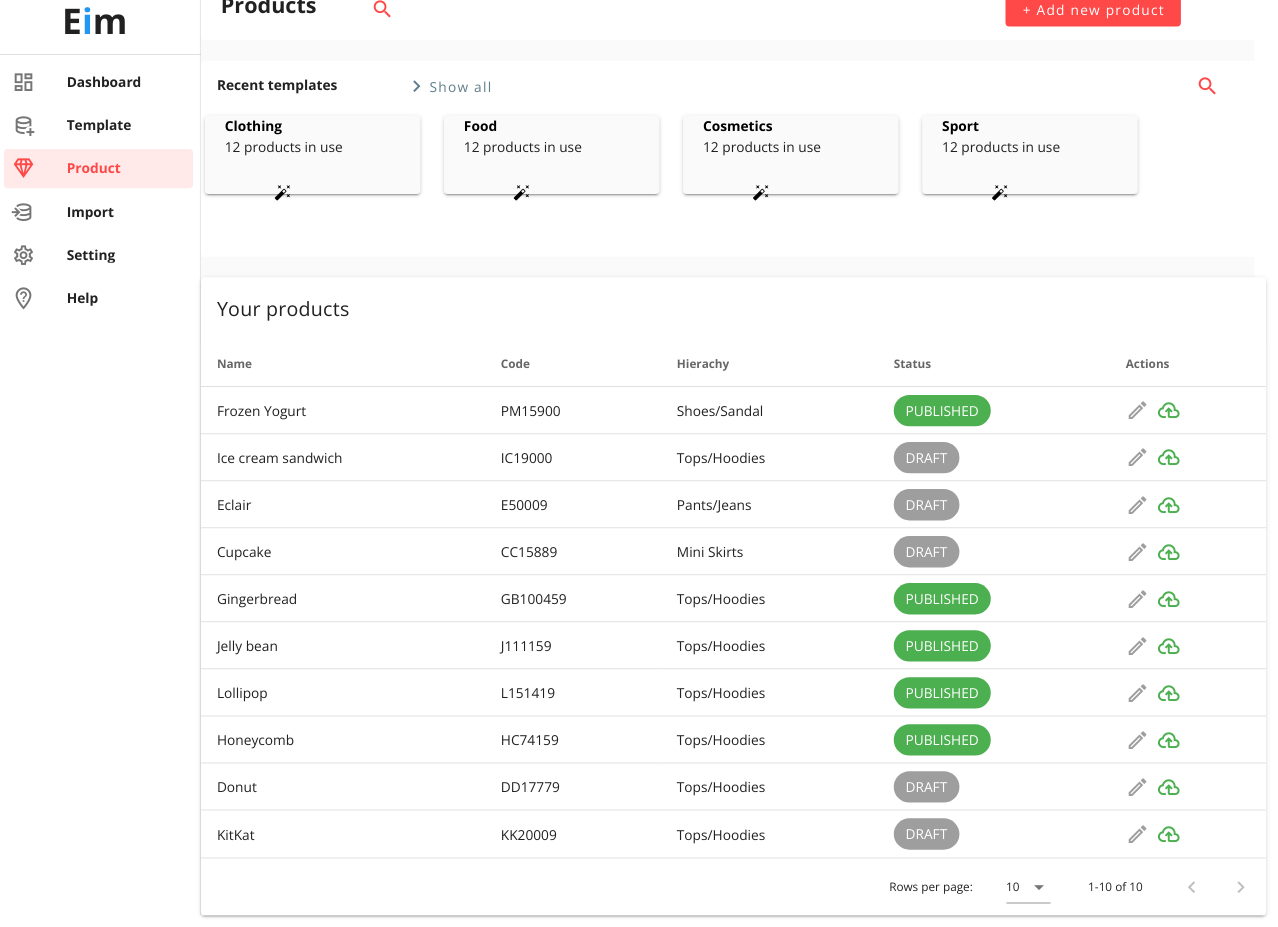
Repository: nguyenphuong152/pim-template
Page: /product
These files come from the project's save history. The page is drawn as it stood at one moment and after a run of saves; the edit follows.
The browser window is 1280 px wide. The page is 1304 px wide, so the pictures cover 1304 px, including what lies to the right of the window. The pictures show the whole page, at 98% of full size.
The project was rebuilt for these pictures with package versions that can differ from the ones it lists, and the page was loaded fresh each time. Also part of the build but not shown: vue.config.js, src/views/Home.vue, src/components/Outcome_1/SearchTemplate.vue, src/components/Outcome_1/YourTemplate.vue, src/components/Outcome_1/ListComponent.vue, src/components/Outcome_1/AddInfo.vue, src/components/Outcome_1/AddDetail.vue, src/components/Outcome_1/ListComponentProgressive.vue and 18 more.

Above is the page before, as saved 2021-01-19 09:32:26.

### public/index.html
<!DOCTYPE html>
<html lang="en">
  <head>
    <meta charset="utf-8" />
    <meta http-equiv="X-UA-Compatible" content="IE=edge" />
    <meta name="viewport" content="width=device-width,initial-scale=1.0" />
    <link rel="icon" href="<%= BASE_URL %>favicon.ico" />
    <link rel="preconnect" href="https://fonts.gstatic.com" />
    <link rel="preconnect" href="https://fonts.gstatic.com" />
    <link rel="preconnect" href="https://fonts.gstatic.com" />
    <link
      href="https://fonts.googleapis.com/css2?family=Open+Sans:wght@300;400;600;700;800&display=swap"
      rel="stylesheet"
    />
    <link
      href="https://fonts.googleapis.com/css?family=Montserrat:300,400,500,600,700"
      rel="stylesheet"
    />
    <title><%= htmlWebpackPlugin.options.title %></title>
    <link
      rel="stylesheet"
      href="https://fonts.googleapis.com/css?family=Roboto:100,300,400,500,700,900"
    />
    <link
      rel="stylesheet"
      href="https://cdn.jsdelivr.net/npm/@mdi/font@latest/css/materialdesignicons.min.css"
    />
  </head>
  <body>
    <noscript>
      <strong
        >We're sorry but <%= htmlWebpackPlugin.options.title %> doesn't work
        properly without JavaScript enabled. Please enable it to
        continue.</strong
      >
    </noscript>
    <div id="app"></div>
    <!-- built files will be auto injected -->
  </body>
</html>

### src/main.js
import Vue from "vue";
import App from "./App.vue";
import router from "./router";
import "../sass/style.scss";
import vuetify from "./plugins/vuetify";
import store from "./store";
import { VueMaskDirective } from "v-mask";
Vue.directive("mask", VueMaskDirective);

Vue.config.productionTip = false;

new Vue({
  store,
  router,
  vuetify,
  render: (h) => h(App),
}).$mount("#app");

### src/App.vue
<template>
  <v-app v-bind:style="{ background: activeColor }">
    <v-card height="80" flat class="hidden-md-and-up align-baseline">
      <v-row style="height:0px">
        <v-col class="px-0" cols="3">
          <span class="logo text-start">
            E<span class="blue--text">i</span>m</span
          >
        </v-col>
        <v-col>
          <div class="text-end">
            <v-menu offset-y>
              <template v-slot:activator="{ on }">
                <v-app-bar-nav-icon v-on="on"></v-app-bar-nav-icon>
              </template>
              <v-list>
                <v-list-item
                  v-for="(item, index) in items"
                  :key="index"
                  :to="item.path"
                  color="blue"
                >
                  <v-list-item-title class="text-start">{{
                    item.title
                  }}</v-list-item-title>
                </v-list-item>
              </v-list>
            </v-menu>
          </div>
        </v-col>
      </v-row>
    </v-card>

    <v-row>
      <v-col cols="2" class="pa-0 hidden-xs-only">
        <v-navigation-drawer permanent width="220" class="hidden-xs-only">
          <v-list-item>
            <v-list-item-content>
              <v-list-item-title class="logo">
                E<span class="blue--text">i</span>m
              </v-list-item-title>
            </v-list-item-content>
          </v-list-item>

          <v-divider></v-divider>

          <v-list dense nav class="text-start pl-4">
            <v-list-item
              v-for="item in items"
              :key="item.title"
              :to="item.path"
              color="#FF4848"
            >
              <v-list-item-icon>
                <v-icon>{{ item.icon }}</v-icon>
              </v-list-item-icon>
              <v-list-item-content>
                <v-list-item-title class="template-title font-weight-bold ">{{
                  item.title
                }}</v-list-item-title>
              </v-list-item-content>
            </v-list-item>
          </v-list>
        </v-navigation-drawer>
      </v-col>
      <v-col class="pa-0">
        <router-view />
      </v-col>
    </v-row>
  </v-app>
</template>

<script>
export default {
  name: "App",
  components: {},
  watch: {
    $route(to) {
      document.title = `${to.meta.title}`;
    },
  },
  data() {
    return {
      clicked: false,
      activeColor: "#FAFAFA",
      items: [
        { title: "Dashboard", icon: "mdi-view-dashboard-outline", path: "" },
        {
          title: "Template",
          icon: "mdi-database-plus-outline",
          path: "/template",
        },
        { title: "Product", icon: "mdi-diamond-stone", path: "/product" },
        {
          title: "Import",
          icon: "mdi-database-import-outline",
          path: "/import",
        },

        { title: "Setting", icon: "mdi-cog-outline", path: "" },
        { title: "Help", icon: "mdi-map-marker-question-outline", path: "" },
      ],
      right: null,
    };
  },
};
</script>

### src/router/index.js
import Vue from "vue";
import VueRouter from "vue-router";
import Home from "../views/Home.vue";
import Template from "../views/Outcome_1/CreateProductTemplate.vue";
import Product from "../views/Outcome_2/Outcome_2_screen.vue";
import AddProduct from "../views/Outcome_2/AddProduct.vue";
import Import from "../views/Outcome_3/outcome3_screen.vue";

Vue.use(VueRouter);

const routes = [
  {
    path: "/",
    name: "Home",
    component: Home,
  },
  {
    path: "/template",
    name: "Template",
    component: Template,
    meta: {
      title: "Add Template",
    },
  },
  {
    path: "/product",
    name: "Product",
    component: Product,
    meta: {
      title: "Product",
    },
  },
  {
    path: "/addproduct/:name",
    name: "AddProduct",
    component: AddProduct,
    meta: {
      title: "Add Product",
    },
  },
  {
    path: "/import",
    name: "Import",
    component: Import,
    meta: {
      title: "Import",
    },
  },
  {
    path: "/about",
    name: "About",
    // route level code-splitting
    // this generates a separate chunk (about.[hash].js) for this route
    // which is lazy-loaded when the route is visited.
    component: () =>
      import(/* webpackChunkName: "about" */ "../views/About.vue"),
  },
];

const router = new VueRouter({
  mode: "history",
  base: process.env.BASE_URL,
  routes,
});

export default router;

### sass/style.scss
$font-primary: 'Open Sans',
sans-serif;

@import "~vuetify/src/styles/styles.sass";

$fontsize-content: 14px;
$fontsize-title: 24px;
$fontsize-logo:36px;
$fontsize-header:22px;
$fontsize-nav:20px;


#app {
  font-family: $font-primary;
   font-size:$fontsize-content;
  -webkit-font-smoothing: antialiased;
  -moz-osx-font-smoothing: grayscale;
  text-align: center;
  color: #2c3e50;
}

#nav {
  padding: 30px;
}

#nav a {
  font-weight: bold;
  color: #2c3e50;
}

#nav a.router-link-exact-active {
  color: #42b983;
}

.title {
  font: $font-primary !important;
  font-size: $fontsize-nav !important;
}

.logo {
  @extend .title;
  font-weight: 700 !important;
  font-size: $fontsize-logo !important;
}

.text-header {
  font: $font-primary !important;
  font-size: $fontsize-header !important;
  font-weight: 700;
}


.template-title {
  @extend .title;
  font-size: $fontsize-content !important;
}

### src/store/index.js
import Vue from "vue";
import Vuex from "vuex";

Vue.use(Vuex);

import state from "./state";
import * as getters from "./getters";
import * as mutations from "./mutations";
import * as actions from "./actions";

export default new Vuex.Store({
  state,
  getters,
  mutations,
  actions,
});

### src/views/Outcome_2/Outcome_2_screen.vue
<template>
  <div>
    <v-row>
      <v-col height="100%"
        ><Search />
        <br />
        <RecentTemplate />
        <br />
        <ListProduct
          :class="{
            'mx-6': $vuetify.breakpoint.smAndDown,
            'ma-0': $vuetify.breakpoint.mdAndUp,
          }"
        />
      </v-col>
    </v-row>
  </div>
</template>

<script>
import Search from "../../components/Outcome_2/SearchProduct";
import RecentTemplate from "../../components/Outcome_2/RecentTemplate";
import ListProduct from "../../components/Outcome_2/ListProduct";
export default {
  components: {
    Search,
    RecentTemplate,
    ListProduct,
  },
};
</script>

<style></style>

### src/store/state.js
export default {
  listNewComponent: [],

  basicInfo: [],
  textComponent: [],
  imageComponent: null,
  videoComponent: null,
  colorComponent: null,
  dateComponent: [],
  selectComponent: {
    selectionTitle: [],
  },
  listTemplate: [],
  customComponent: [],

  toogleRerenderComponent: 0,
  generateImage: 1,
};

### src/store/getters.js
export const listComponent = (state) => {
  return state.listNewComponent;
};

export const basicInfo = (state) => {
  return state.basicInfo;
};

export const textComponent = (state) => {
  return state.textComponent;
};
export const imageComponent = (state) => {
  return state.imageComponent;
};
export const videoComponent = (state) => {
  return state.videoComponent;
};
export const colorComponent = (state) => {
  return state.colorComponent;
};
export const dateComponent = (state) => {
  return state.dateComponent;
};
export const selectComponent = (state) => {
  return state.selectComponent;
};

export const key = (state) => {
  return state.toogleRerenderComponent;
};

export const listTemplate = (state) => {
  return state.listTemplate;
};

export const generateImage = (state) => {
  return state.generateImage;
};

### src/store/actions.js
export const addComponentToList = ({ commit }, { component }) => {
  commit("ADD_TO_LIST", { component });
};

export const deleteComponentFromList = ({ commit }, component) => {
  commit("DELETE_FROM_LIST", component);
};

export const addBasicInfoForTemplate = ({ commit }, { basicInfo }) => {
  commit("ADD_BASIC_INFO_FOR_TEMPLATE", basicInfo);
};

export const addTextComponentForTemplate = ({ commit }, { textComponent }) => {
  commit("ADD_TEXT_COMPONENT_FOR_TEMPLATE", textComponent);
};

export const addImageComponentForTemplate = ({ commit }, { countImage }) => {
  commit("ADD_IMAGE_COMPONENT_FOR_TEMPLATE", countImage);
};

export const addVideoComponentForTemplate = ({ commit }, { countVideo }) => {
  commit("ADD_VIDEO_COMPONENT_FOR_TEMPLATE", countVideo);
};

export const addColorComponentForTemplate = ({ commit }, { countColor }) => {
  commit("ADD_COLOR_COMPONENT_FOR_TEMPLATE", countColor);
};

export const addDateComponentForTemplate = ({ commit }, { dateComponent }) => {
  commit("ADD_DATE_COMPONENT_FOR_TEMPLATE", dateComponent);
};

export const addSelectComponentForTemplate = (
  { commit },
  { title, selections }
) => {
  commit("ADD_SELECT_COMPONENT_FOR_TEMPLATE", { title, selections });
};

export const rerenderComponent = ({ commit }) => {
  commit("RERENDER_COMPONENT");
};

export const generateImage = ({ commit }) => {
  commit("GENERATE_IMAGE");
};

export const deleteListTemplate = ({ commit }) => {
  commit("DELETE_LIST");
};

export const createTemplate = (
  { commit },
  {
    name,
    basicInfo,
    textComponent,
    imageComponent,
    videoComponent,
    colorComponent,
    dateComponent,
    selectComponent,
  }
) => {
  commit("CREATE_TEMPLATE", {
    name,
    basicInfo,
    textComponent,
    imageComponent,
    videoComponent,
    colorComponent,
    dateComponent,
    selectComponent,
  });
};

### src/components/Outcome_2/SearchProduct.vue
<template>
  <v-card class="text-start" height="65" flat>
    <v-row class="d-flex align-baseline">
      <v-col class="text-header pl-8" cols="2">Products</v-col>
      <v-col class="px-0">
        <v-icon color="#ff4848">
          mdi-magnify
        </v-icon></v-col
      >
      <v-col sm="8" md="3" class="pa-0 hidden-xs-only">
        <v-btn
          depressed
          color="#ff4848"
          class="white--text text-none font-weight-medium"
        >
          + Add new product</v-btn
        >
      </v-col>
    </v-row>
  </v-card>
</template>

<script>
export default {
  methods: {},
};
</script>

<style></style>

### src/components/Outcome_2/RecentTemplate.vue
<template>
  <v-card :height="setHeight" width="100%" class="py-2" flat>
    <v-row class="align-baseline mx-4">
      <v-col class="py-0 text-start px-0" cols="2"
        ><span class="font-weight-bold">Recent templates</span>
      </v-col>
      <v-col class="px-0 text-start">
        <v-dialog v-model="dialog" scrollable max-width="300px">
          <template v-slot:activator="{ on, attrs }">
            <v-btn
              color="blue-grey"
              dark
              v-bind="attrs"
              v-on="on"
              text
              style="text-transform:none"
            >
              <v-icon color="blue-grey"> mdi-chevron-right </v-icon>Show all
            </v-btn>
          </template>
          <v-card height="100%">
            <v-card-title>
              Your template
              <v-spacer></v-spacer>
              <v-icon color="red" @click="dialog = false"
                >mdi-window-close</v-icon
              >
            </v-card-title>
            <v-divider></v-divider>
            <v-card-text style="height:500px;">
              <v-col v-for="(item, i) in templates" :key="i"
                ><v-card color="#fafafa" @click="addProduct(item.name)">
                  <div class="d-flex flex-no-wrap justify-space-between">
                    <div>
                      <v-row>
                        <v-col class="text-start pl-8">
                          <span
                            class="template-title font-weight-bold black--text"
                            >{{ item.name }}</span
                          >
                          <br />
                          <span class="font-weight-thin">{{
                            item.products
                          }}</span>
                        </v-col>
                      </v-row>
                    </div>
                  </div>
                </v-card></v-col
              ></v-card-text
            >
          </v-card>
        </v-dialog>
      </v-col>
      <v-col cols="1">
        <v-icon color="#ff4848">
          mdi-magnify
        </v-icon>
      </v-col>
    </v-row>
    <v-row>
      <v-card
        class="d-flex mr-2 ml-4"
        v-for="(item, i) in items"
        :key="i"
        color="#fafafa"
        :width="setWidthCard"
        height="80"
        @click="addProduct(item.name)"
      >
        <div class="d-flex child-flex justify-space-between">
          <v-row>
            <v-col class="text-start pl-8" cols="11">
              <span class="template-title font-weight-bold black--text">{{
                item.name
              }}</span>
              <br />
              <span class="font-weight-thin">{{ item.products }}</span>
            </v-col>
            <v-col>
              <v-icon color="black" size="18" @click="showAddTemplate()"
                >mdi-auto-fix</v-icon
              >
            </v-col>
          </v-row>
        </div>
      </v-card>
      <!-- <v-col  :key="i" class="mx-4 " xs="6">

      </v-col> -->
      <v-row class="align-baseline hidden-md-and-up">
        <v-col class="text-start pl-10">
          <v-btn outlined style="text-transform:none" color="blue"
            >Add template</v-btn
          >
        </v-col>
        <v-col cols="5">
          <v-dialog v-model="dialog" scrollable max-width="300px">
            <template v-slot:activator="{ on, attrs }">
              <v-btn
                color="blue-grey"
                dark
                v-bind="attrs"
                v-on="on"
                text
                style="text-transform:none"
              >
                <v-icon color="blue-grey"> mdi-chevron-right </v-icon>Show all
              </v-btn>
            </template>
            <v-card height="100%">
              <v-card-title>
                Your template
                <v-spacer></v-spacer>
                <v-icon color="red" @click="dialog = false"
                  >mdi-window-close</v-icon
                >
              </v-card-title>
              <v-divider></v-divider>
              <v-card-text style="height:500px;">
                <v-col v-for="(item, i) in templates" :key="i"
                  ><v-card color="#fafafa" @click="addProduct(item.name)">
                    <div class="d-flex flex-no-wrap justify-space-between">
                      <div>
                        <v-row>
                          <v-col class="text-start">
                            <span
                              class="template-title font-weight-bold black--text"
                              >{{ item.name }}</span
                            >
                            <br />
                            <span class="font-weight-thin">{{
                              item.products
                            }}</span>
                          </v-col>
                        </v-row>
                      </div>
                    </div>
                  </v-card></v-col
                ></v-card-text
              >
            </v-card>
          </v-dialog>
        </v-col>
      </v-row>
    </v-row>
  </v-card>
</template>

<script>
export default {
  data: () => ({
    dialog: false,
    items: [
      {
        name: "Clothing",
        products: "12 products in use",
      },
      {
        name: "Food",
        products: "12 products in use",
      },
      {
        name: "Cosmetics",
        products: "12 products in use",
      },
      {
        name: "Sport",
        products: "12 products in use",
      },
    ],
    templates: [
      {
        name: "Clothing",
        products: "12 products in use",
      },
      {
        name: "Food",
        products: "12 products in use",
      },
      {
        name: "Cosmetics",
        products: "12 products in use",
      },
      {
        name: "Sport",
        products: "12 products in use",
      },
    ],
  }),
  methods: {
    addProduct(text) {
      this.$router.push({
        name: "AddProduct",
        params: { name: text },
      });
    },
  },
  created() {
    this.listTemplate = this.$store.getters.listTemplate;
    for (var i = 0; i < this.listTemplate.length; i++) {
      var element = {};
      element.name = this.listTemplate[i].name;
      element.products = "Add new product !";
      this.templates.unshift(element);
    }
  },
  computed: {
    setHeight() {
      if (
        this.$vuetify.breakpoint.name === "xs" ||
        this.$vuetify.breakpoint.name === "sm"
      ) {
        return 350;
      } else return 200;
    },
    setWidthCard() {
      if (
        this.$vuetify.breakpoint.name === "xs" ||
        this.$vuetify.breakpoint.name === "sm"
      ) {
        return 150;
      } else if (this.$vuetify.breakpoint.name === "md") {
        return 220;
      } else return 220;
    },
  },
};
</script>

<style></style>

### src/components/Outcome_2/ListProduct.vue
<template>
  <v-card>
    <v-card-title>
      Your products
    </v-card-title>
    <v-data-table :headers="headers" :items="desserts">
      <template v-slot:item.status="{ item }">
        <v-chip :color="getColor(item.status)" dark>
          {{ item.status }}
        </v-chip>
      </template>
      <template v-slot:item.actions="{ item }">
        <v-icon medium class="mr-2" @click="editItem(item)" color="grey">
          mdi-pencil-outline
        </v-icon>
        <v-icon medium @click="deleteItem(item)" color="green">
          mdi-cloud-upload-outline
        </v-icon>
      </template>
    </v-data-table>
  </v-card>
</template>

<script>
export default {
  data() {
    return {
      search: "",
      headers: [
        {
          text: "Name",
          align: "start",
          sortable: false,
          value: "name",
        },
        { text: "Code", value: "code" },
        { text: "Hierachy", value: "hierachy" },
        { text: "Status", value: "status" },
        { text: "Actions", value: "actions", sortable: false },
      ],
      desserts: [
        {
          name: "Frozen Yogurt",
          code: "PM15900",
          hierachy: "Shoes/Sandal",
          status: "PUBLISHED",
        },
        {
          name: "Ice cream sandwich",
          code: "IC19000",
          hierachy: "Tops/Hoodies",
          status: "DRAFT",
        },
        {
          name: "Eclair",
          code: "E50009",
          hierachy: "Pants/Jeans",
          status: "DRAFT",
        },
        {
          name: "Cupcake",
          code: "CC15889",
          hierachy: "Mini Skirts",
          status: "DRAFT",
        },
        {
          name: "Gingerbread",
          code: "GB100459",
          hierachy: "Tops/Hoodies",
          status: "PUBLISHED",
        },
        {
          name: "Jelly bean",
          code: "J111159",
          hierachy: "Tops/Hoodies",
          status: "PUBLISHED",
        },
        {
          name: "Lollipop",
          code: "L151419",
          hierachy: "Tops/Hoodies",
          status: "PUBLISHED",
        },
        {
          name: "Honeycomb",
          code: "HC74159",
          hierachy: "Tops/Hoodies",
          status: "PUBLISHED",
        },
        {
          name: "Donut",
          code: "DD17779",
          hierachy: "Tops/Hoodies",
          status: "DRAFT",
        },
        {
          name: "KitKat",
          code: "KK20009",
          hierachy: "Tops/Hoodies",
          status: "DRAFT",
        },
      ],
    };
  },
  methods: {
    getColor(status) {
      if (status === "DRAFT") return "grey";
      else return "green";
    },
  },
};
</script>

Loaded but not shown: src/plugins/vuetify.js (common file); src/store/mutations.js (113 lines, source omitted)

After the next 2 saves:
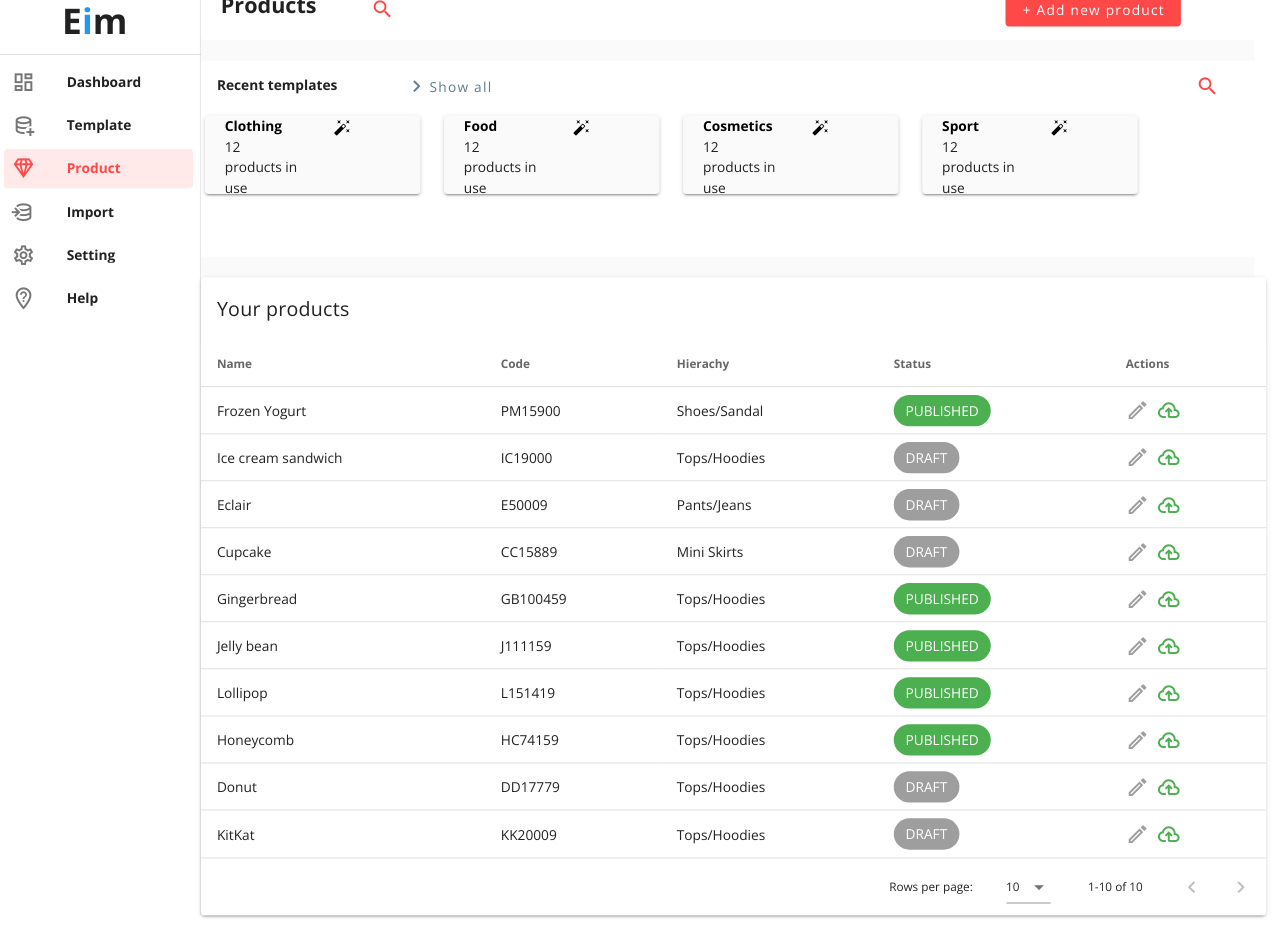
The 2 saves are shown as one change because they came seconds apart.
The last was saved 12 s later.
--- a/src/components/Outcome_2/RecentTemplate.vue
+++ b/src/components/Outcome_2/RecentTemplate.vue
@@ -70,7 +70,7 @@
       >
         <div class="d-flex child-flex justify-space-between">
           <v-row>
-            <v-col class="text-start pl-8" cols="11">
+            <v-col class="text-start pl-8" cols="8">
               <span class="template-title font-weight-bold black--text">{{
                 item.name
               }}</span>
